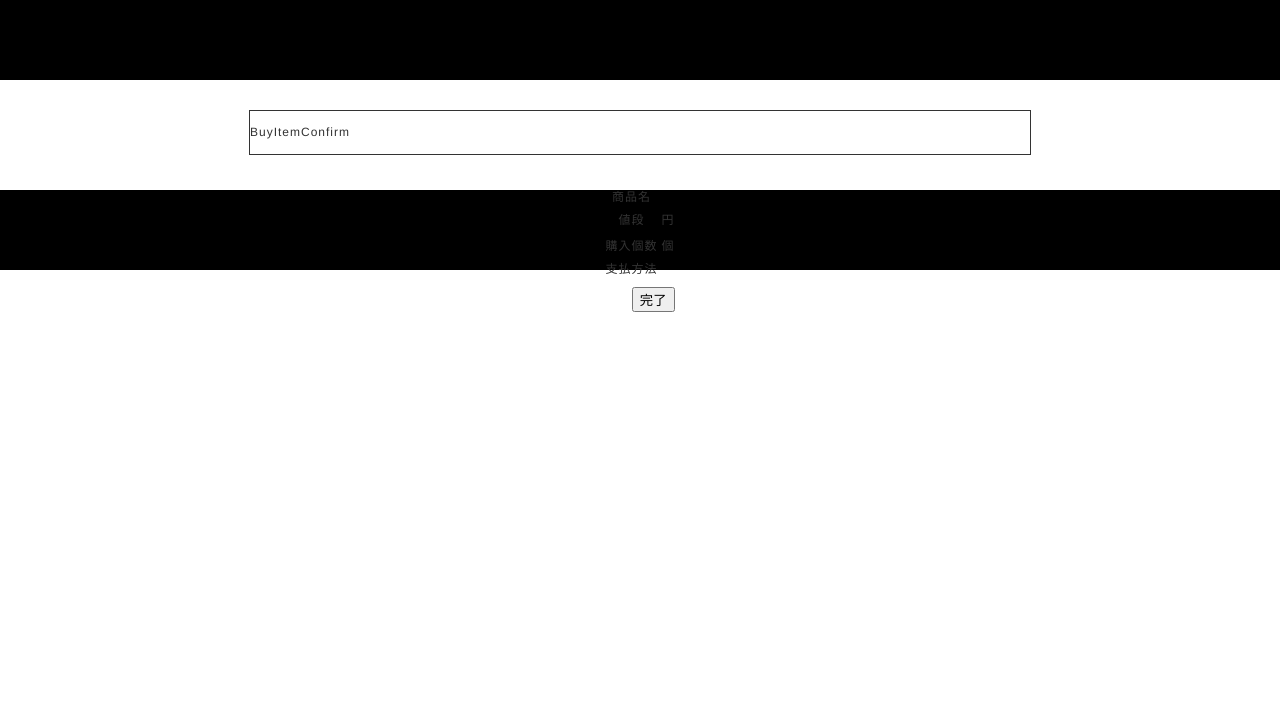
Repository: kazuki000/test
Page: http://localhost/template/buyItemConfirm.jsp
An editor plug-in stored every save of this project. The page is shown before and after the next save, followed by the edit.
The browser window is 1280 px wide. The pictures show the whole page.
The page is served by Tomcat 9.

Above is the page before, as saved 2019-04-01 12:11:16.

After the next save:
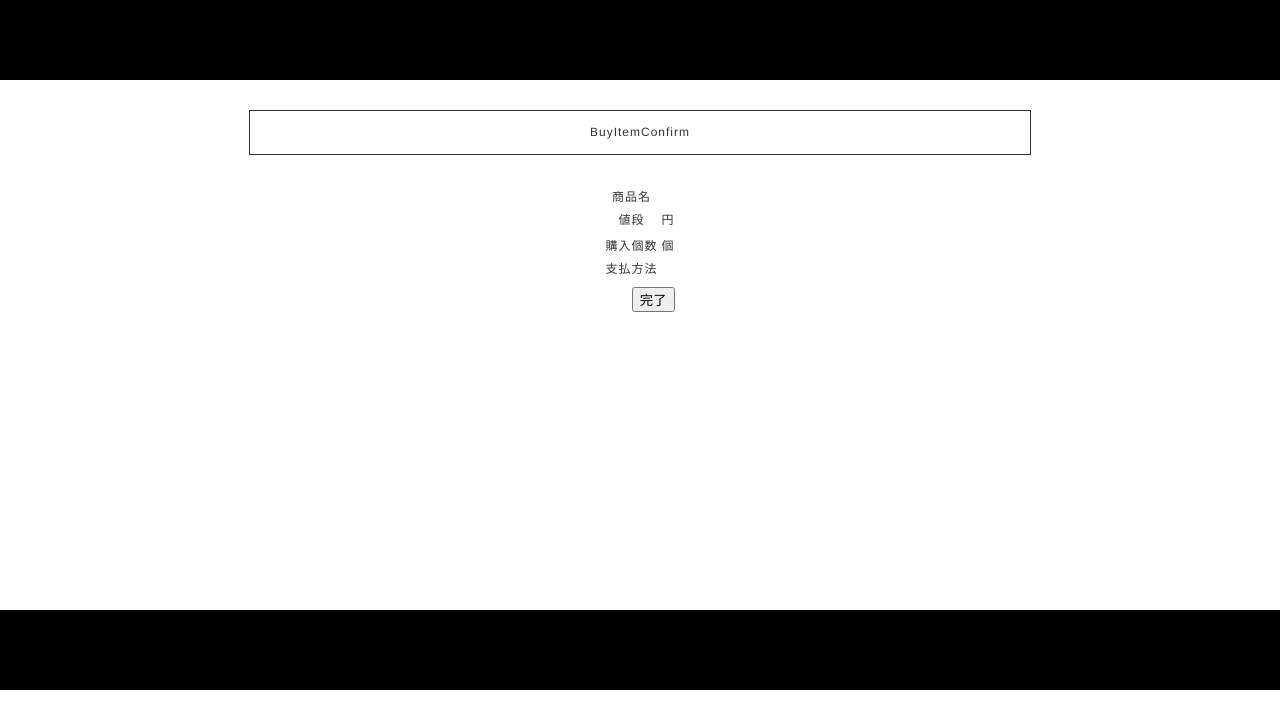
Saved 3 min 36 s later.
--- a/template/WebContent/buyItemConfirm.jsp
+++ b/template/WebContent/buyItemConfirm.jsp
@@ -44,9 +44,8 @@
 
       #main{
        width:100%;
-       height:80px;
-       background=color:black;
-       clrear:both;
+       height:500px;
+       text-align:center;
       }
 
       #footer{
